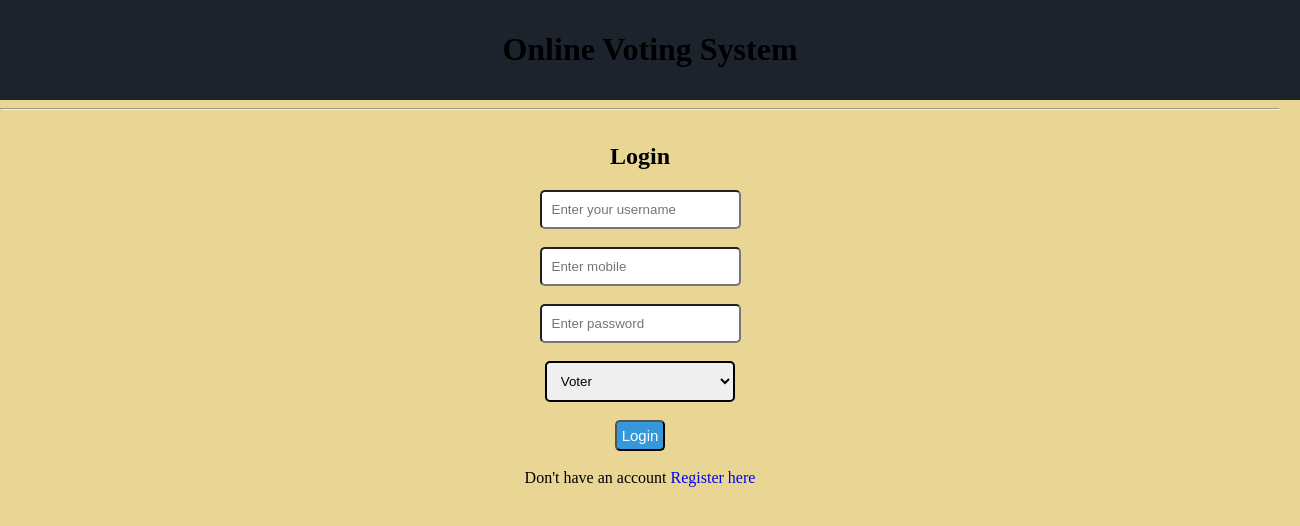
Repository: LeLoUcH-V-BrItAnIa/voting
Page: http://localhost/
The author's editor kept a copy of each file at every save. The page is drawn from the files as they stood at one save, then again after the next save.
The browser window is 1280 px wide. The page is 1300 px wide, so the pictures cover 1300 px, including what lies to the right of the window. The pictures show the whole page.
The page is run by PHP 8.4 with error messages shown; the project is at /var/www/html/.

Above is the page before, as saved 2023-08-31 11:47:28.

After the next save:
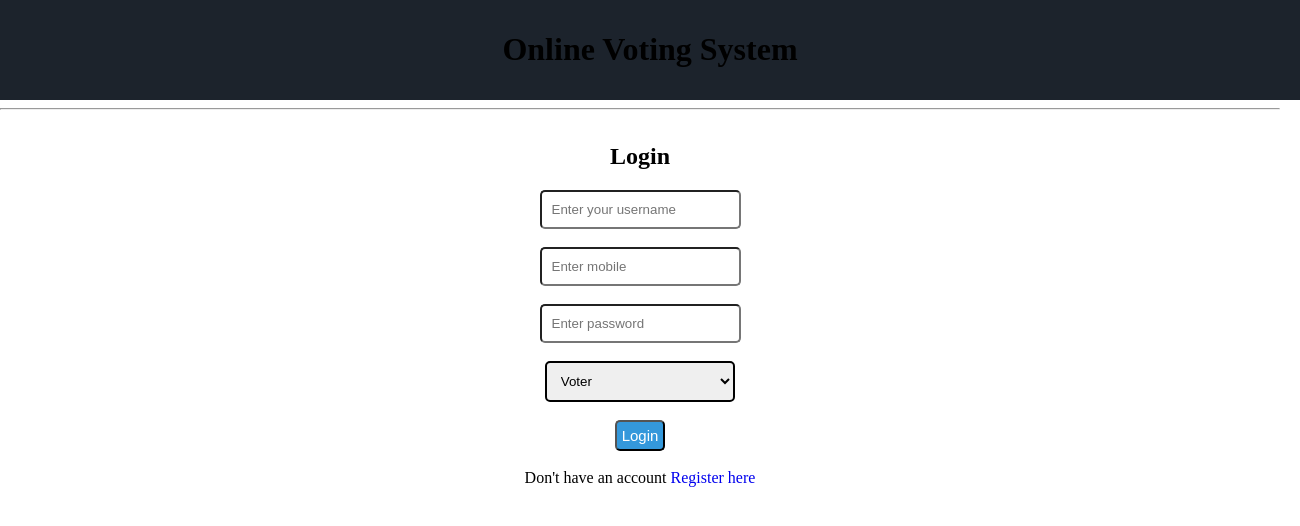
Saved 5 min 51 s later.
--- a/online-voting-system/css/stylesheet.css
+++ b/online-voting-system/css/stylesheet.css
@@ -32,7 +32,7 @@ select {
 }
 
 body {
-  background-color: #e9d694;
+  background-color:l;
 }
 
 #loginbtn {
